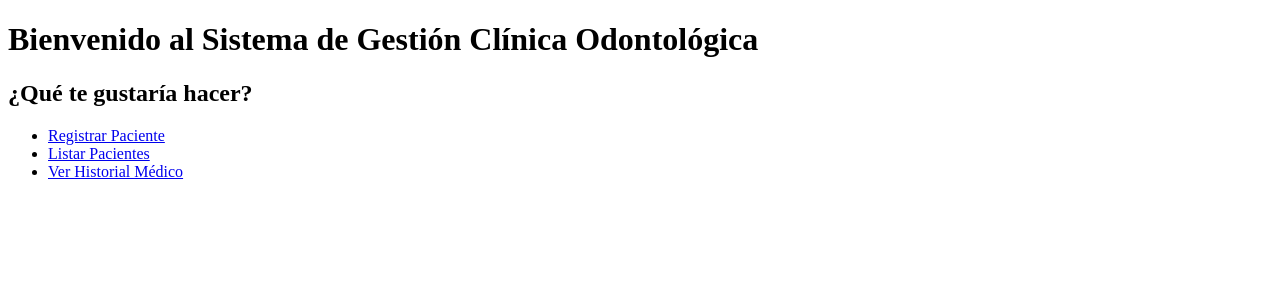
Repository: Aimarvera/LPII_EF_VeraDuran
Page: http://localhost/index
These files come from the project's save history. The page is drawn as it stood at one moment and after the next save; the edit follows.
The browser window is 1280 px wide. The pictures show the whole page.
The page is this project's Thymeleaf template; nobody is signed in. The template is opened directly, without the code that normally fills it, so the values that code supplies are empty.

Above is the page before, as saved 2024-10-24 01:37:32.

### Clinica/src/main/resources/templates/index.html
<!DOCTYPE html>
<html xmlns:th="http://www.thymeleaf.org">
<head>
    <meta charset="UTF-8">
    <title>Página Principal - Sistema de Gestión Clínica Odontológica</title>
</head>
<body>
    <h1>Bienvenido al Sistema de Gestión Clínica Odontológica</h1>
    <h2>¿Qué te gustaría hacer?</h2>

    <ul>
        <li><a th:href="@{/pacientes/RegistrarPaciente}">Registrar Paciente</a></li>
        <li><a th:href="@{/pacientes/listar}">Listar Pacientes</a></li>
        <li><a th:href="@{/pacientes/historial/1}">Ver Historial Médico</a></li> <!-- Ejemplo de un paciente con ID 1 -->
    </ul>
</body>
</html>

After the next save:
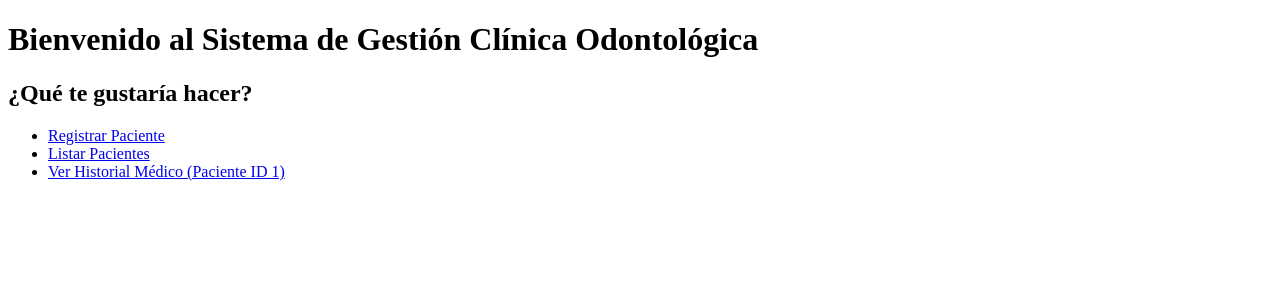
Saved 2 min 8 s later.
--- a/Clinica/src/main/resources/templates/index.html
+++ b/Clinica/src/main/resources/templates/index.html
@@ -9,9 +9,14 @@
     <h2>¿Qué te gustaría hacer?</h2>
 
     <ul>
-        <li><a th:href="@{/pacientes/RegistrarPaciente}">Registrar Paciente</a></li>
+        <!-- Redirige al formulario de registrar paciente -->
+        <li><a th:href="@{/pacientes/registrar}">Registrar Paciente</a></li>
+
+        <!-- Redirige a la lista de pacientes -->
         <li><a th:href="@{/pacientes/listar}">Listar Pacientes</a></li>
-        <li><a th:href="@{/pacientes/historial/1}">Ver Historial Médico</a></li> <!-- Ejemplo de un paciente con ID 1 -->
+
+        <!-- Ejemplo para ver el historial médico de un paciente con ID 1 -->
+        <li><a th:href="@{/pacientes/historial/1}">Ver Historial Médico (Paciente ID 1)</a></li>
     </ul>
 </body>
 </html>
